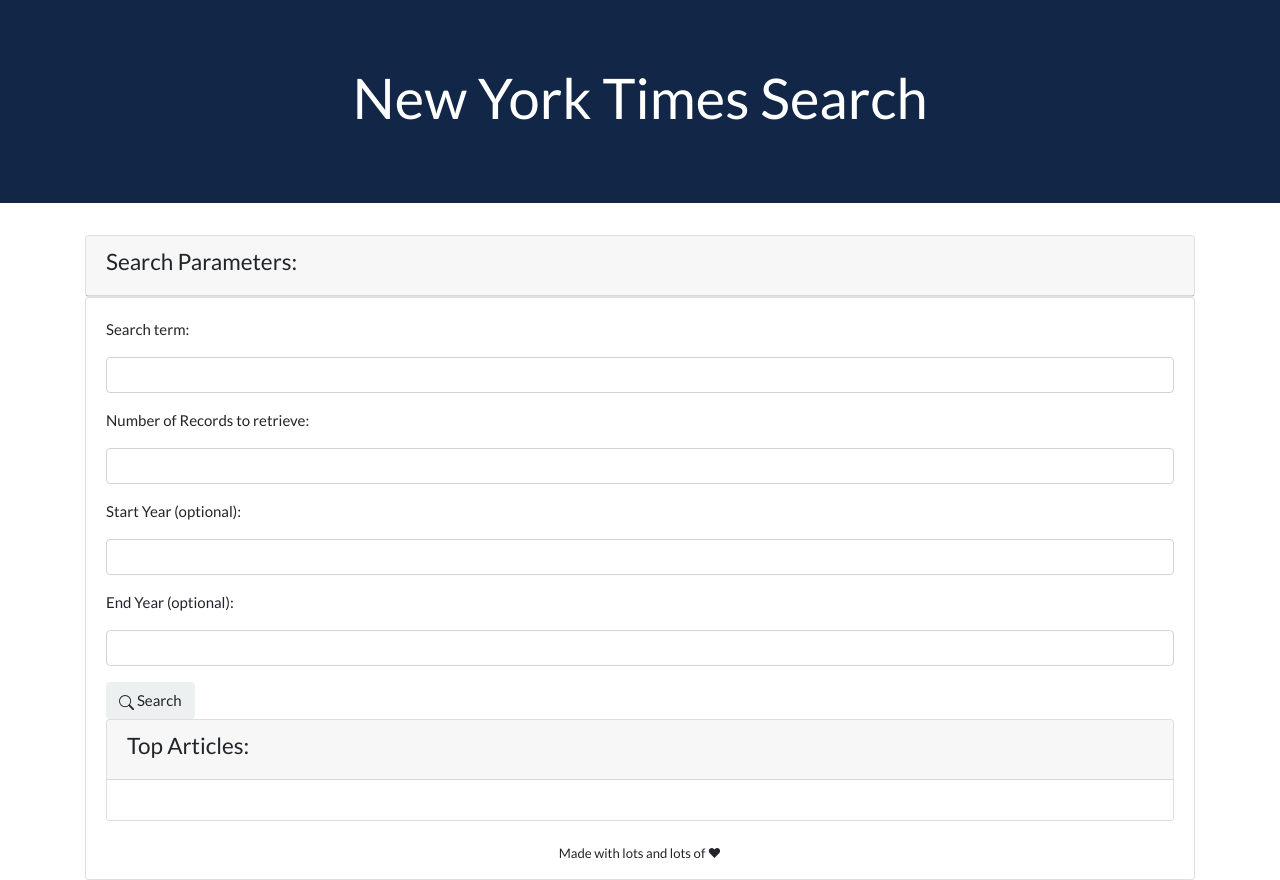
Repository: broganneagle/NYTSearch
Page: index.html
The author's editor kept a copy of each file at every save. The page is drawn from the files as they stood at one save, then again after the next save.
The browser window is 1280 px wide. The pictures show the whole page.
The page's requests for data from a server got no answer. Some web libraries are served in a nearby version.

Above is the page before, as saved 2020-06-26 14:42:17.

After the next save:
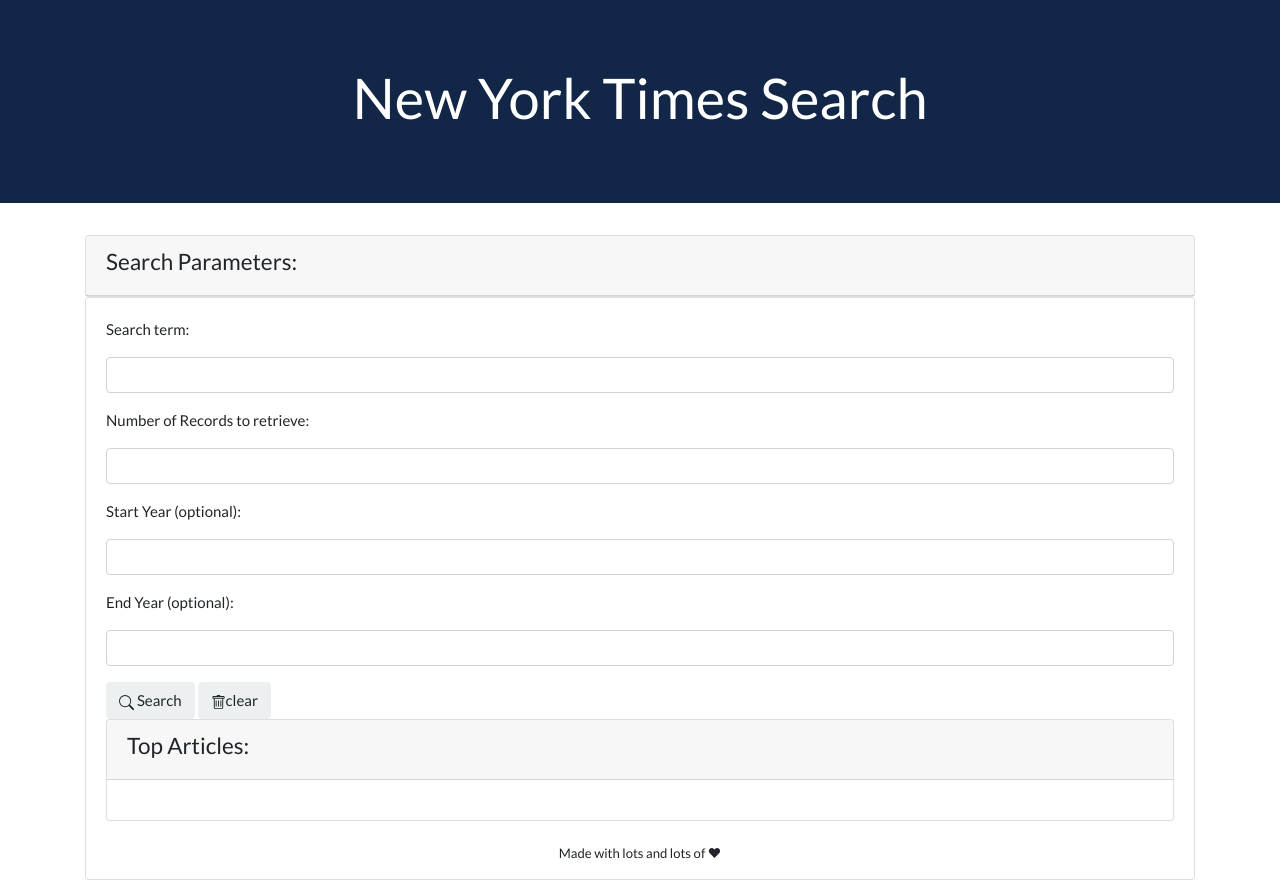
Saved 2 min 51 s later.
--- a/index.html
+++ b/index.html
@@ -66,6 +66,11 @@
                     <path fill-rule="evenodd" d="M6.5 12a5.5 5.5 0 1 0 0-11 5.5 5.5 0 0 0 0 11zM13 6.5a6.5 6.5 0 1 1-13 0 6.5 6.5 0 0 1 13 0z"/>
                   </svg>
                   Search </button>
+                  <button type="button" class="btn btn-light"><svg class="bi bi-trash" width="1em" height="1em" viewBox="0 0 16 16" fill="currentColor" xmlns="http://www.w3.org/2000/svg">
+                    <path d="M5.5 5.5A.5.5 0 0 1 6 6v6a.5.5 0 0 1-1 0V6a.5.5 0 0 1 .5-.5zm2.5 0a.5.5 0 0 1 .5.5v6a.5.5 0 0 1-1 0V6a.5.5 0 0 1 .5-.5zm3 .5a.5.5 0 0 0-1 0v6a.5.5 0 0 0 1 0V6z"/>
+                    <path fill-rule="evenodd" d="M14.5 3a1 1 0 0 1-1 1H13v9a2 2 0 0 1-2 2H5a2 2 0 0 1-2-2V4h-.5a1 1 0 0 1-1-1V2a1 1 0 0 1 1-1H6a1 1 0 0 1 1-1h2a1 1 0 0 1 1 1h3.5a1 1 0 0 1 1 1v1zM4.118 4L4 4.059V13a1 1 0 0 0 1 1h6a1 1 0 0 0 1-1V4.059L11.882 4H4.118zM2.5 3V2h11v1h-11z"/>
+                  </svg>clear
+                </button>
                 </div>
                 <div class="card">
                     <div class="card-header">
